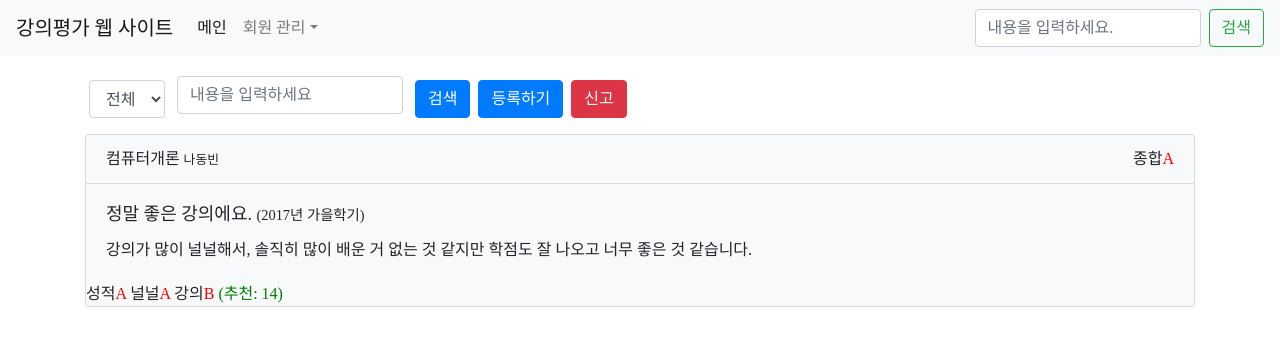
Repository: codelifee/Lecture-Evaluation-Project---java
Page: http://localhost/Lecture_Evaluation/
An editor plug-in stored every save of this project. The page is shown before and after the next save, followed by the edit.
The browser window is 1280 px wide. The pictures show the whole page.
Some web fonts or font styles are not loaded; a fallback is used. The page is served by Tomcat 9.

Above is the page before, as saved 2020-08-23 02:35:23.

After the next save:
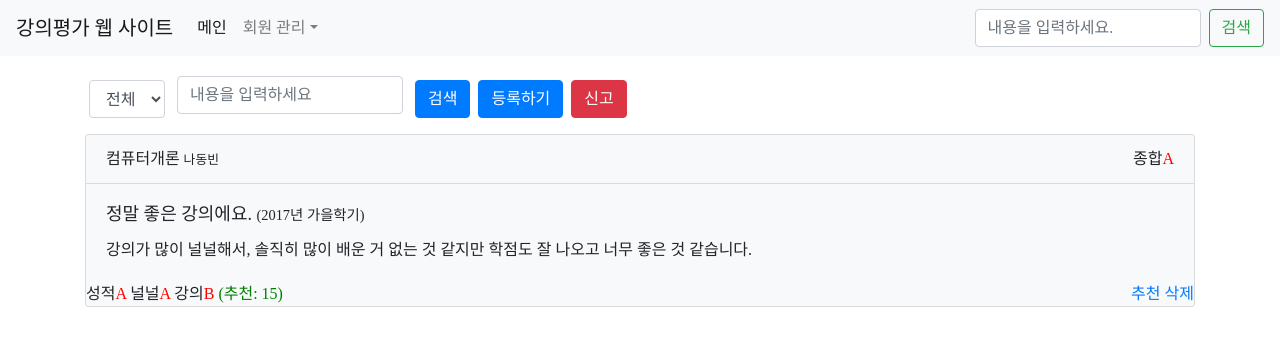
Saved 2 min 34 s later.
--- a/Lecture Evaluation/WebContent/index.jsp
+++ b/Lecture Evaluation/WebContent/index.jsp
@@ -69,7 +69,11 @@
 						성적<span style="color: red;">A</span>
 						널널<span style="color: red;">A</span>
 						강의<span style="color: red;">B</span>
-						<span style="color: green;">(추천: 14)</span>
+						<span style="color: green;">(추천: 15)</span>
+					</div>
+					<div class="col-3 text-right">
+						<a onclick="return confirm('추천하시겠습니까?')" href="./likeAction.jsp?evaluationID=">추천</a>
+						<a onclick="return confirm('삭제하시겠습니까?')" href="./deleteAction.jsp?evaluationID=">삭제</a>
 					</div>
 			</div>
 	</div>
